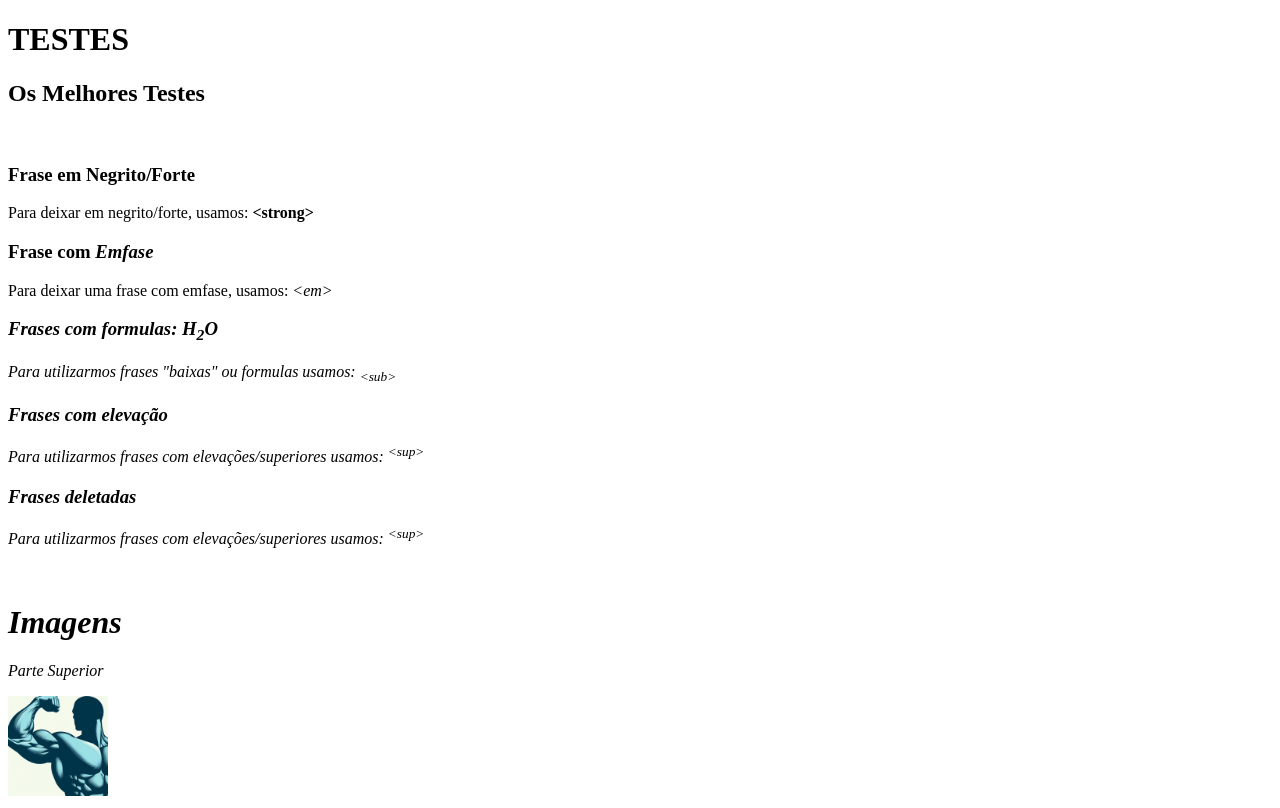
Repository: LuidyOn/Site_Forca_Total
Page: ForçaTotal/teste.html
The author's editor kept a copy of each file at every save. The page is drawn from the files as they stood at one save, then again after the next save.
The browser window is 1280 px wide. The pictures show the whole page.

Above is the page before, as saved 2025-05-14 14:22:43.

### ForçaTotal/teste.html
<!DOCTYPE html>
<html lang="pt-br">
<head>
  <meta charset="UTF-8">
  <meta name="viewport" content="width=device-width, initial-scale=1.0">
  <link rel="shortcut icon" href="img/icons/logo.ico" type="image/x-icon">
  <title>Testes Força total</title>
</head>
<body>
<h1>TESTES</h1>
  <h2>Os Melhores Testes</h2>

  <p><br></p>

    <h3>Frase em <strong>Negrito/Forte</strong></h3>
    <p>Para deixar em negrito/forte, usamos: <strong>&lt;strong&gt;</strong> </p>

    <h3>Frase com <em>Emfase</em> </h3>
    <p>Para deixar uma frase com emfase, usamos: <em>&lt;em&gt;<em> </p>

    <h3>Frases com formulas: H<sub>2</sub>O </h3>
    <p>Para utilizarmos frases "baixas" ou formulas usamos: <sub>&lt;sub&gt;</sub></p>

    <h3>Frases com elevação</h3>
    <p>Para utilizarmos frases com elevações/superiores usamos: <sup>&lt;sup&gt;</sup></p>

    <h3>Frases deletadas</h3>
    <p>Para utilizarmos frases com elevações/superiores usamos: <sup>&lt;sup&gt;</sup></p>

<p><br></p>

<h1>Imagens</h1>
  <p>Parte Superior</p>
<img src="img/parteSerior.png" alt="parte superior" style= "width: 100px; height: 100px;">
</body>
</html>

After the next save:
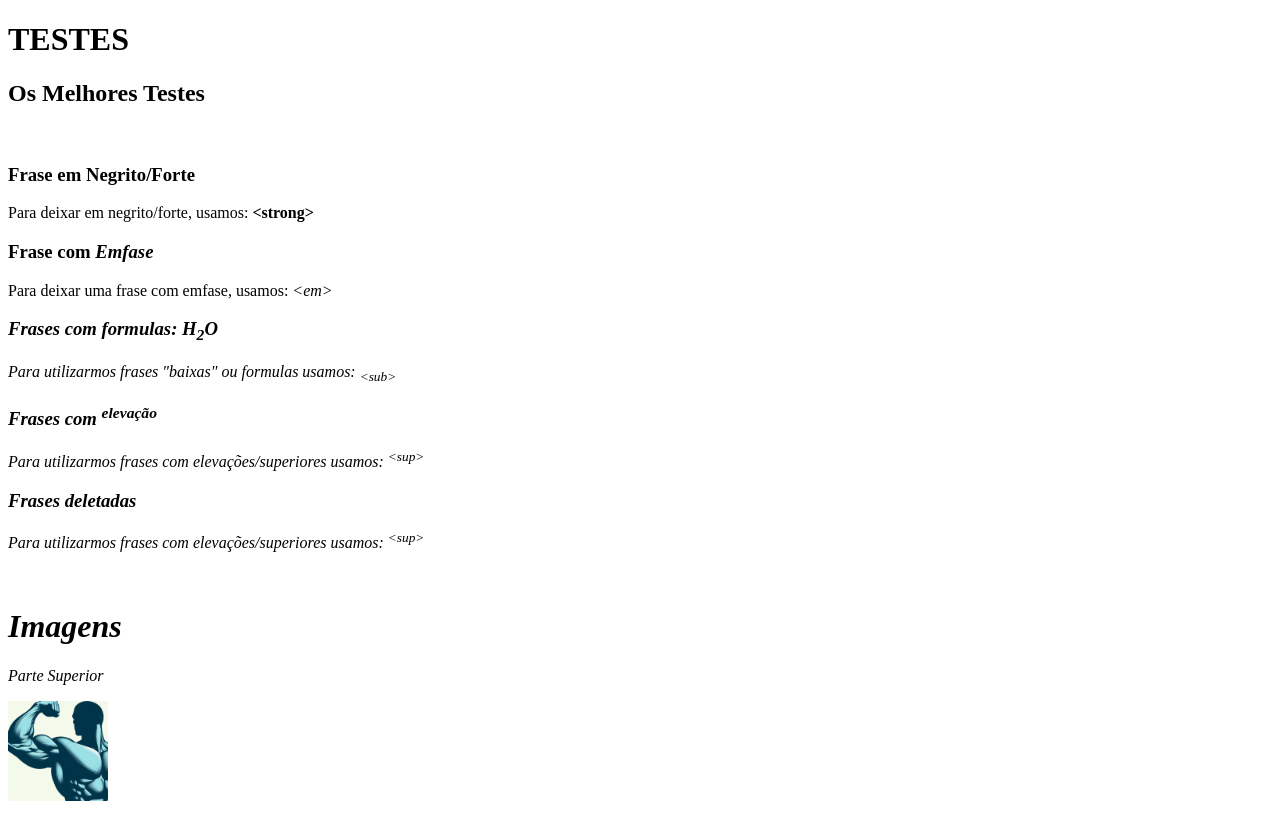
Saved 41 s later.
--- a/ForçaTotal/teste.html
+++ b/ForçaTotal/teste.html
@@ -21,7 +21,7 @@
     <h3>Frases com formulas: H<sub>2</sub>O </h3>
     <p>Para utilizarmos frases "baixas" ou formulas usamos: <sub>&lt;sub&gt;</sub></p>
 
-    <h3>Frases com elevação</h3>
+    <h3>Frases com <sup>elevação</sup></h3>
     <p>Para utilizarmos frases com elevações/superiores usamos: <sup>&lt;sup&gt;</sup></p>
 
     <h3>Frases deletadas</h3>
